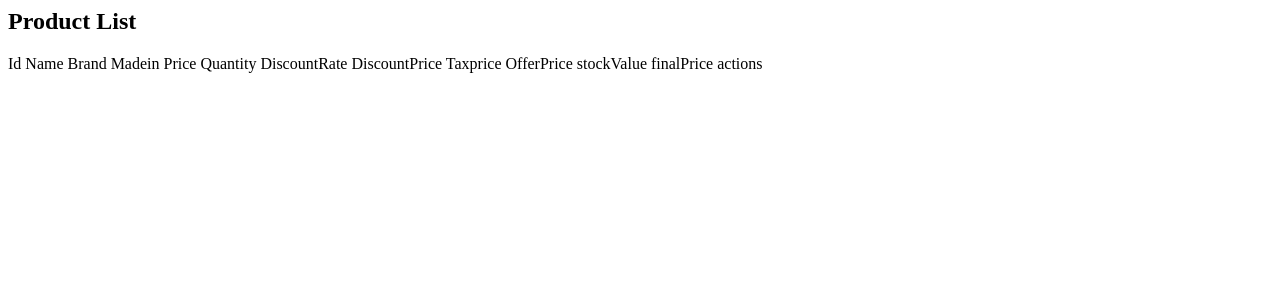
Repository: sowjanya6304/jetteboina
Page: http://localhost/product-list
The author's editor kept a copy of each file at every save. The page is drawn from the files as they stood at one save, then again after the next save.
The browser window is 1280 px wide. The pictures show the whole page.
The page is this project's Thymeleaf template; nobody is signed in. The template is opened directly, without the code that normally fills it, so the values that code supplies are empty.

Above is the page before, as saved 2024-12-23 06:38:10.

### springbootmvc1/src/main/resources/templates/product-list.html
<html>
	<head>
		<title>Product List</title>
	</head>
	<body>
		<div>
			<h2>Product List</h2>
			<tabletrborder="2">
				<thead>
					<tr>
						<th>Id</th>
						<th>Name</th>
						<th>Brand</th>
						<th>Madein</th>
						<th>Price</th>
						<th>Quantity</th>
						<th>DiscountRate</th>
						<th>DiscountPrice</th>
						<th>Taxprice</th>
						<th>OfferPrice</th>
						<th>stockValue</th>
						<th>finalPrice</th>
						<th>actions</th>
					</tr>
				</thead>
				<tbody>
					<tr th:each="product:${products}">
						<td th:text="${product.id}"></td>
						<td th:text="${product.Name}"></td>
						<td th:text="${product.Brand}"></td>
						<td th:text="${product.Madein}"></td>
						<td th:text="${product.Price}"></td>
						<td th:text="${product.Quantity}"></td>
						<td th:text="${product.DiscountRate}"></td>
						<td th:text="${product.TaxPrice}"></td>
						<td th:text="${product.DiscountPrice}"></td>
						<td th:text="${product.OfferPrice}"></td>
						<td th:text="${product.finalPrice}"></td>
						<td th:text="${product.stockValue}"></td>
					<td><a th:href="@{'/delete/'+${product.id}}">delete</a></td>

					</tr>
				</tbody>
			</tabletrborder>
		</div>
	</body>
</html>

After the next save:
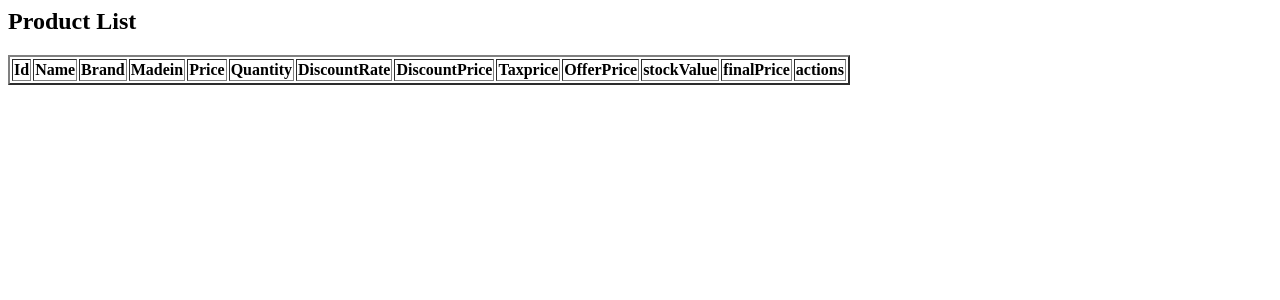
Saved 35 s later.
--- a/springbootmvc1/src/main/resources/templates/product-list.html
+++ b/springbootmvc1/src/main/resources/templates/product-list.html
@@ -5,7 +5,7 @@
 	<body>
 		<div>
 			<h2>Product List</h2>
-			<tabletrborder="2">
+			<table border="2">
 				<thead>
 					<tr>
 						<th>Id</th>
@@ -41,7 +41,7 @@
 
 					</tr>
 				</tbody>
-			</tabletrborder>
+			</tableborder>
 		</div>
 	</body>
 </html>
